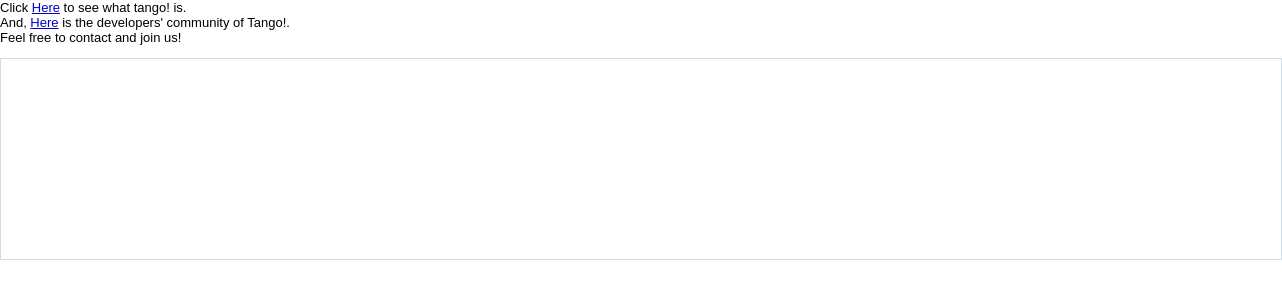
Repository: yasulab/tango
Page: tango/tango-eclipse-workplace/Tango/Tango/build/classes/tango/public/Tango.html
The author's editor kept a copy of each file at every save. The page is drawn from the files as they stood at one save, then again after the next save.
The browser window is 1280 px wide. The page is 1282 px wide, then 1280 px, then 1282 px, so the pictures cover 1282 px, including what lies to the right of the window. The pictures show the whole page.

Above is the page before, as saved 2009-02-15 01:41:16.

After the next save:
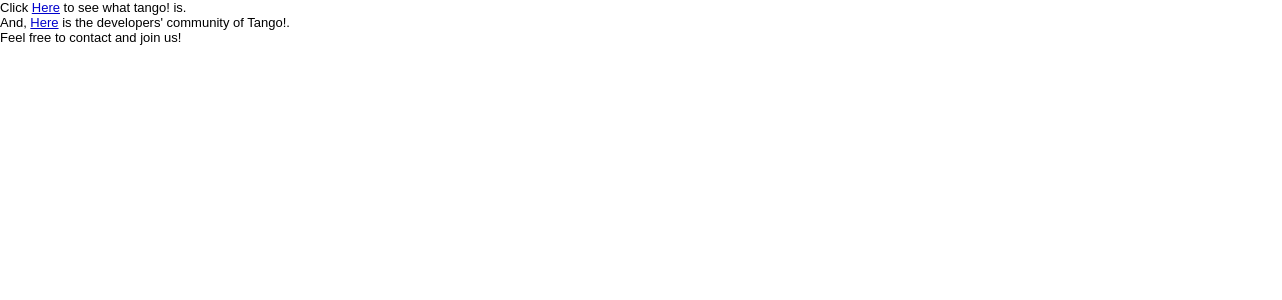
Saved 11 s later.
--- a/tango/tango-eclipse-workplace/Tango/Tango/build/classes/tango/public/Tango.html
+++ b/tango/tango-eclipse-workplace/Tango/Tango/build/classes/tango/public/Tango.html
@@ -28,7 +28,6 @@
 	Click <a href="./db/Introduction_of_tango_project.pdf" target="_blank">Here</a> to see what tango! is.<BR>
 	And, <a href="http://groups.google.co.jp/group/tango_project" target="_blank">Here</a> is the developers' community of Tango!. <BR>
 	Feel free to contact and join us!<BR>
-	<div id="messengerView" style="width:100%;height:200px;border:1px solid #cde;overflow:auto;"></div>
 	</p>
 
 

After the save that followed:
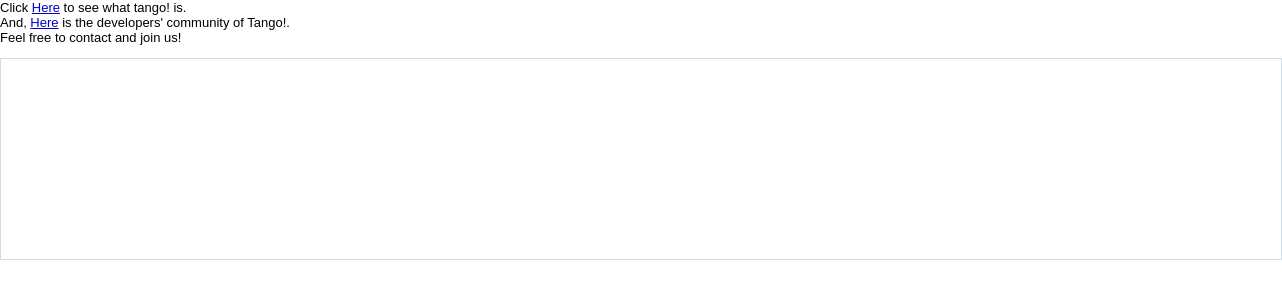
Saved 2 s later.
--- a/tango/tango-eclipse-workplace/Tango/Tango/build/classes/tango/public/Tango.html
+++ b/tango/tango-eclipse-workplace/Tango/Tango/build/classes/tango/public/Tango.html
@@ -29,6 +29,7 @@
 	And, <a href="http://groups.google.co.jp/group/tango_project" target="_blank">Here</a> is the developers' community of Tango!. <BR>
 	Feel free to contact and join us!<BR>
 	</p>
+	<div id="messengerView" style="width:100%;height:200px;border:1px solid #cde;overflow:auto;"></div>
 
 
 	<BR>
